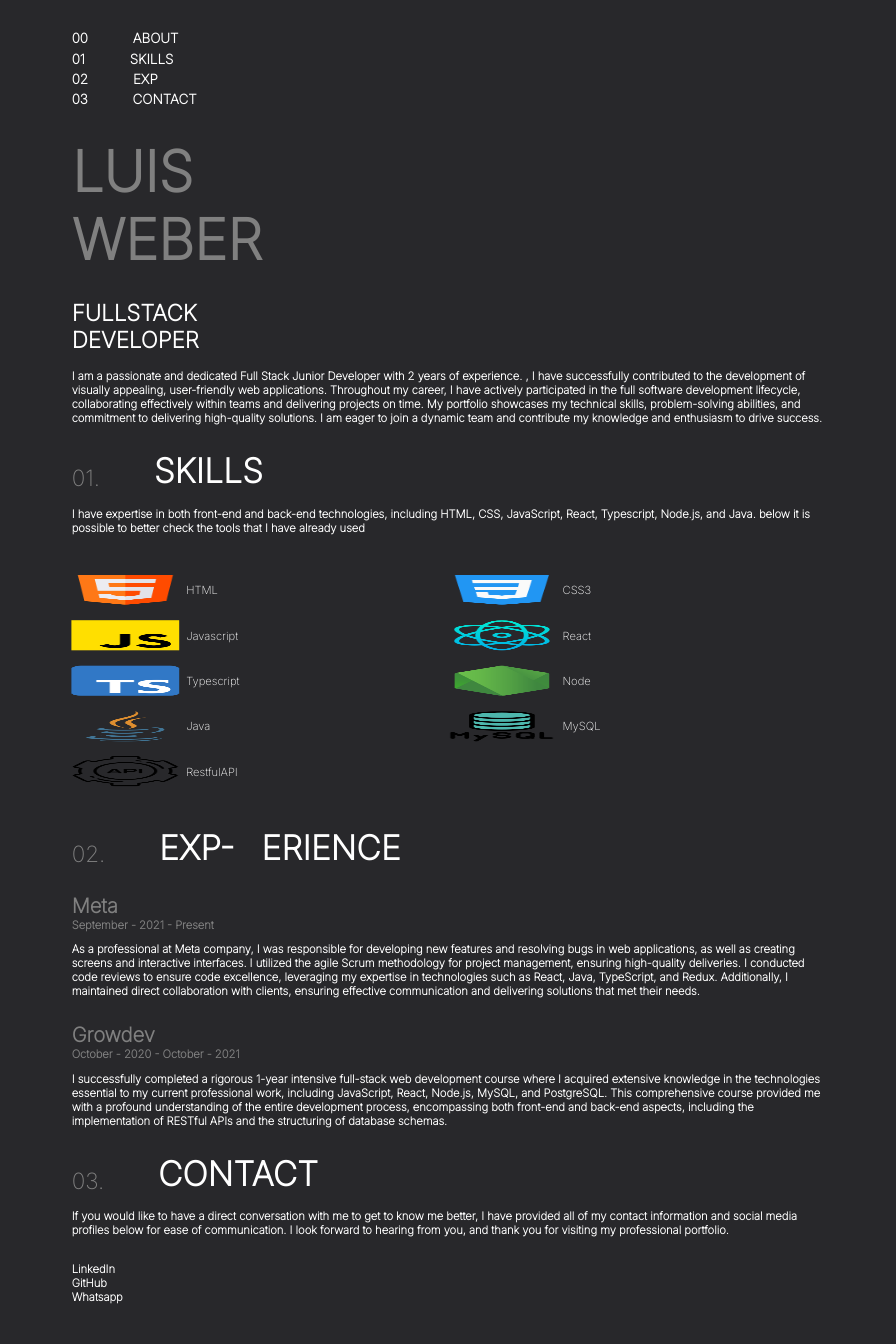
Repository: luiswh1/Portfolio
Page: /
These files come from the project's save history. The page is drawn as it stood at one moment and after the next save; the edit follows.
The browser window is 1280 px wide. The pictures show the part of the page from y = 0 to 1920 px (the page is 1991 px tall before and 3092 px after), at 70% of full size.
The project was rebuilt for these pictures with package versions that can differ from the ones it lists, and the page was loaded fresh each time.

Above is the page before, as saved 2023-06-12 19:45:19.

After the next save:
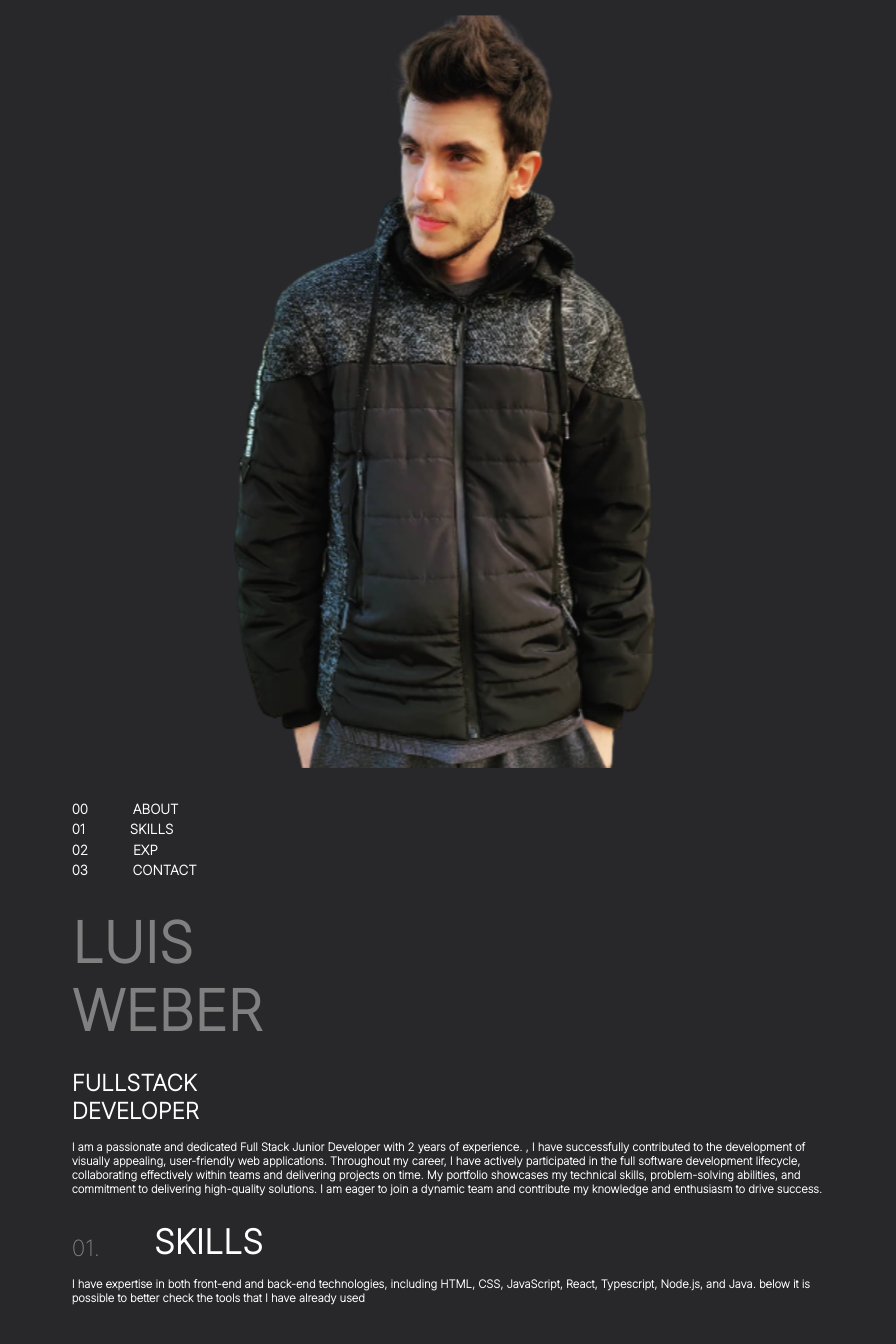
Saved 17 s later.
--- a/src/Pages/Home.tsx
+++ b/src/Pages/Home.tsx
@@ -27,6 +27,15 @@
     <Container>
       <InnerContainer>
         <Fade direction="down" triggerOnce>
+                    <img
+              src='/assets/images/avatar.png'
+            style={{
+              width: "100%",
+              margin: "auto",
+              marginTop: "3vh",
+            }}
+          >
+          </img>
           <IndexList />
           <NameSection>
             <StyledName>

After the save that followed:
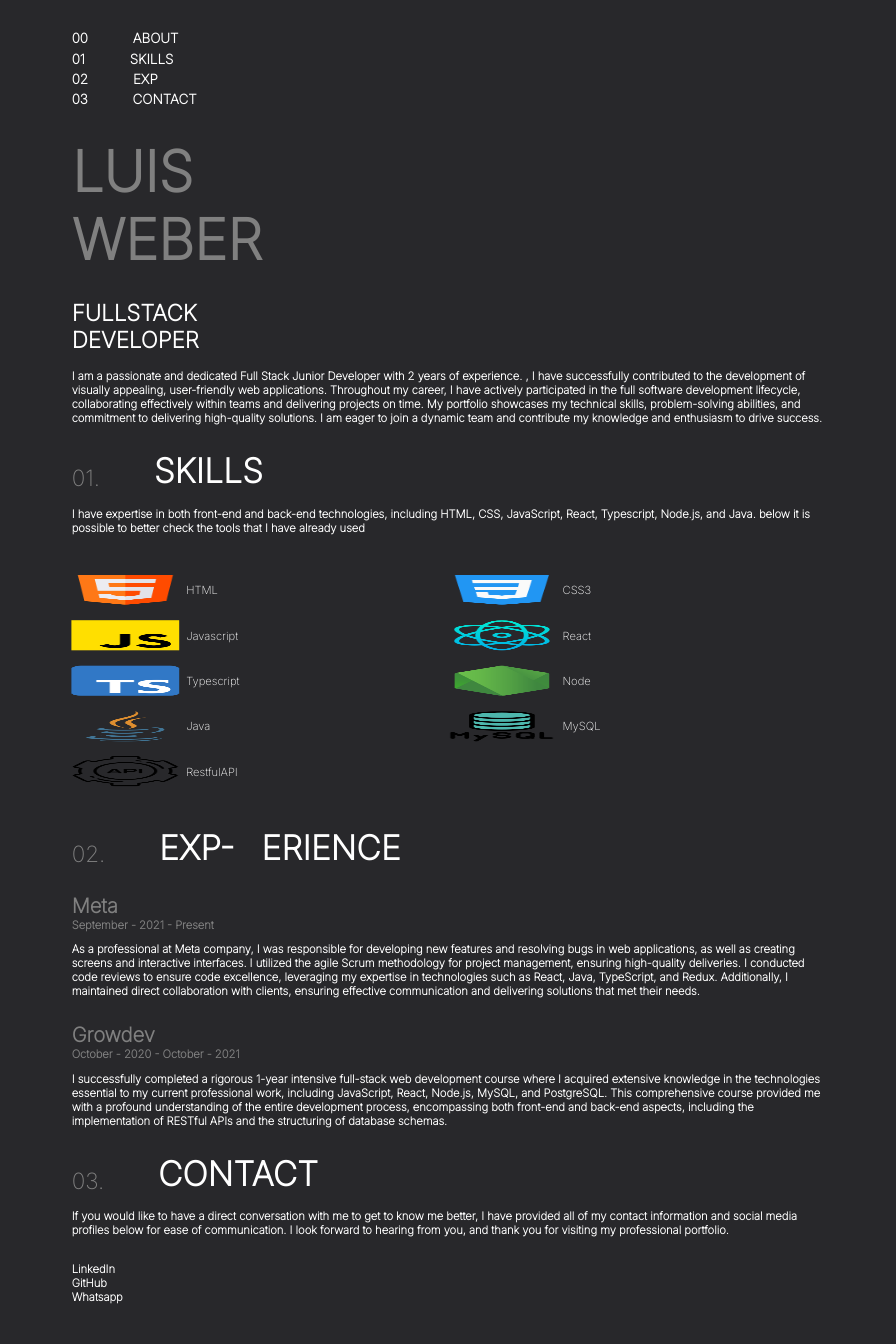
Saved 30 s later.
--- a/src/Pages/Home.tsx
+++ b/src/Pages/Home.tsx
@@ -27,15 +27,6 @@
     <Container>
       <InnerContainer>
         <Fade direction="down" triggerOnce>
-                    <img
-              src='/assets/images/avatar.png'
-            style={{
-              width: "100%",
-              margin: "auto",
-              marginTop: "3vh",
-            }}
-          >
-          </img>
           <IndexList />
           <NameSection>
             <StyledName>
